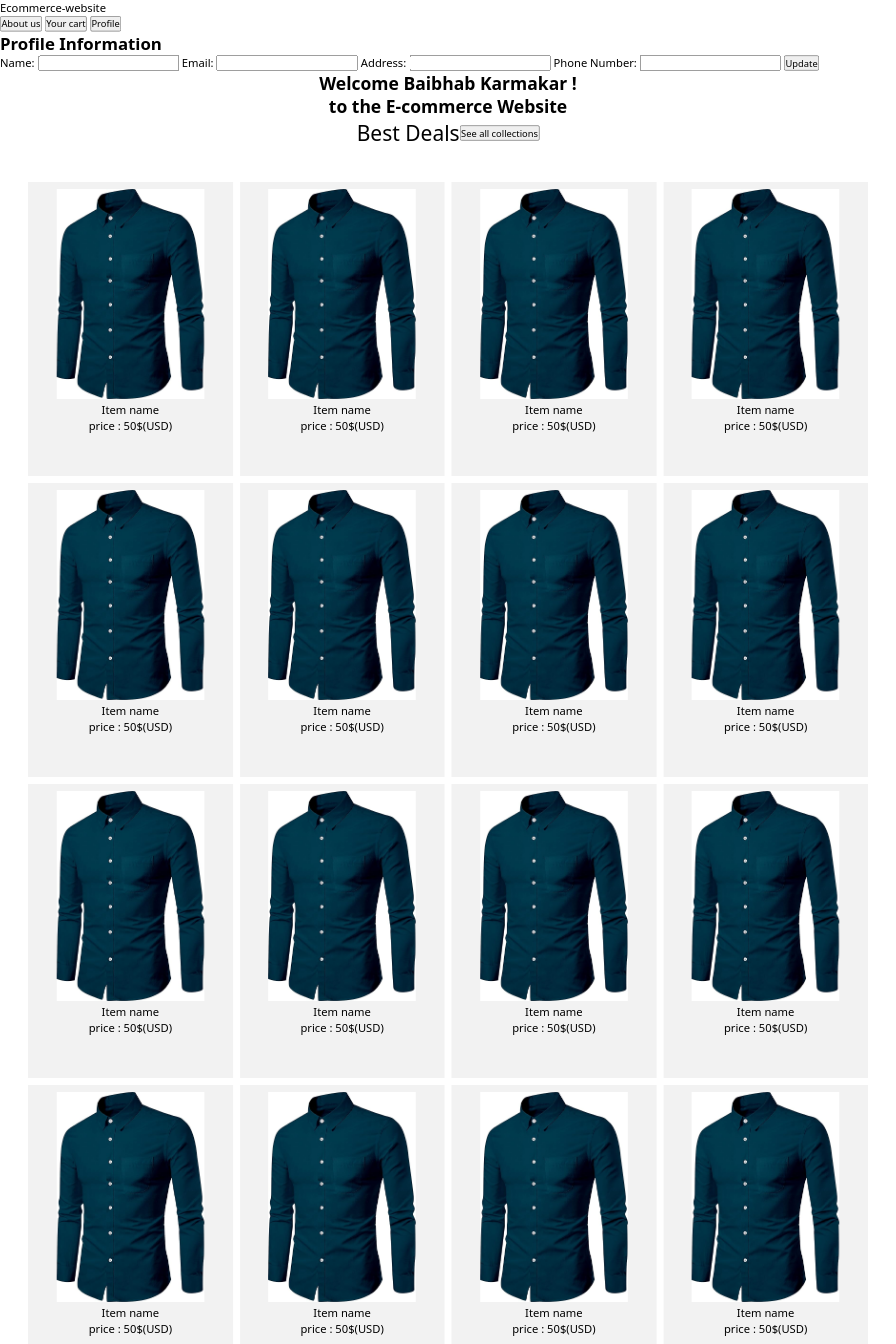
Repository: BaibhabKarmakar/Ecommerce-website-frontend
Page: http://localhost/Ecommerce-website/views/product/home.jsp
The author's editor kept a copy of each file at every save. The page is drawn from the files as they stood at one save, then again after the next save.
The browser window is 1280 px wide. The pictures show the part of the page from y = 0 to 1920 px (the page is 3013 px tall), at 70% of full size.
The page is served by Tomcat 9.

Above is the page before, as saved 2024-10-08 07:47:34.

### Ecommerce-website/src/main/webapp/views/product/home.jsp
<%@ page language="java" contentType="text/html; charset=UTF-8"
    pageEncoding="UTF-8"%>
<!DOCTYPE html>
<html>
  <head>
    <meta charset="UTF-8" />
    <title>home | Ecommerce-website</title>
    <link rel="stylesheet" href="../../css/home.css">
  </head>
  <body>
    <nav>
      <div class="navbar">
        <div class="logo">Ecommerce-website</div>
        <div class="sections">
          <button>About us</button>
          <button>Your cart</button>
          <button id="profile-btn">Profile</button>
        </div>
      </div>
    </nav>

    <div class="profile-form" id="profile-form">
      <h2>Profile Information</h2>
      <label for="name">Name:</label>
      <input type="text" id="name" required />

      <label for="email">Email:</label>
      <input type="email" id="email" required />

      <label for="address">Address:</label>
      <input type="text" id="address" required />

      <label for="phone">Phone Number:</label>
      <input type="tel" id="phone" required />

      <button id="update-btn">Update</button>
    </div>

    <div class="welcome-msg">
      <div>Welcome Baibhab Karmakar !</div>
      <div>to the E-commerce Website</div>
    </div>

    <div class="collection">
      <div class="msg">Best Deals</div>
      <button>See all collections</button>
    </div>
    <div class="grid-container">
      <div class="grid-element">
        <a href="https://www.google.com"><img src="../../images/Shirt_image.jpg" alt="Item 1" /></a>
        <p>Item name</p>
        <p>price : 50$(USD)</p>
      </div>
      <div class="grid-element">
        <a href=""><img src="../../images/Shirt_image.jpg" alt="Item 1" /></a>
        <p>Item name</p>
        <p>price : 50$(USD)</p>
      </div>
      <div class="grid-element">
        <a href=""><img src="../../images/Shirt_image.jpg" alt="Item 1" /></a>
        <p>Item name</p>
        <p>price : 50$(USD)</p>
      </div>
      <div class="grid-element">
        <a href=""><img src="../../images/Shirt_image.jpg" alt="Item 1" /></a>
        <p>Item name</p>
        <p>price : 50$(USD)</p>
      </div>
      <div class="grid-element">
        <a href=""><img src="../../images/Shirt_image.jpg" alt="Item 1" /></a>
        <p>Item name</p>
        <p>price : 50$(USD)</p>
      </div>
      <div class="grid-element">
        <a href=""><img src="../../images/Shirt_image.jpg" alt="Item 1" /></a>
        <p>Item name</p>
        <p>price : 50$(USD)</p>
      </div>
      <div class="grid-element">
        <a href=""><img src="../../images/Shirt_image.jpg" alt="Item 1" /></a>
        <p>Item name</p>
        <p>price : 50$(USD)</p>
      </div>
      <div class="grid-element">
        <a href=""><img src="../../images/Shirt_image.jpg" alt="Item 1" /></a>
        <p>Item name</p>
        <p>price : 50$(USD)</p>
      </div>
      <div class="grid-element">
        <a href=""><img src="../../images/Shirt_image.jpg" alt="Item 1" /></a>
        <p>Item name</p>
        <p>price : 50$(USD)</p>
      </div>
      <div class="grid-element">
        <a href=""><img src="../../images/Shirt_image.jpg" alt="Item 1" /></a>
        <p>Item name</p>
        <p>price : 50$(USD)</p>
      </div>
      <div class="grid-element">
        <a href=""><img src="../../images/Shirt_image.jpg" alt="Item 1" /></a>
        <p>Item name</p>
        <p>price : 50$(USD)</p>
      </div>
      <div class="grid-element">
        <a href=""><img src="../../images/Shirt_image.jpg" alt="Item 1" /></a>
        <p>Item name</p>
        <p>price : 50$(USD)</p>
      </div>
      <div class="grid-element">
        <a href=""><img src="../../images/Shirt_image.jpg" alt="Item 1" /></a>
        <p>Item name</p>
        <p>price : 50$(USD)</p>
      </div>
      <div class="grid-element">
        <a href=""><img src="../../images/Shirt_image.jpg" alt="Item 1" /></a>
        <p>Item name</p>
        <p>price : 50$(USD)</p>
      </div>
      <div class="grid-element">
        <a href=""><img src="../../images/Shirt_image.jpg" alt="Item 1" /></a>
        <p>Item name</p>
        <p>price : 50$(USD)</p>
      </div>
      <div class="grid-element">
        <a href=""><img src="../../images/Shirt_image.jpg" alt="Item 1" /></a>
        <p>Item name</p>
        <p>price : 50$(USD)</p>
      </div>
      <div class="grid-element">
        <a href=""><img src="../../images/Shirt_image.jpg" alt="Item 1" /></a>
        <p>Item name</p>
        <p>price : 50$(USD)</p>
      </div>
      <div class="grid-element">
        <a href=""><img src="../../images/Shirt_image.jpg" alt="Item 1" /></a>
        <p>Item name</p>
        <p>price : 50$(USD)</p>
      </div>
      <div class="grid-element">
        <a href=""><img src="../../images/Shirt_image.jpg" alt="Item 1" /></a>
        <p>Item name</p>
        <p>price : 50$(USD)</p>
      </div>
      <div class="grid-element">
        <a href=""><img src="../../images/Shirt_image.jpg" alt="Item 1" /></a>
        <p>Item name</p>
        <p>price : 50$(USD)</p>
      </div>
      <div class="grid-element">
        <a href=""><img src="../../images/Shirt_image.jpg" alt="Item 1" /></a>
        <p>Item name</p>
        <p>price : 50$(USD)</p>
      </div>
    </div>
    <div class="breaker"></div>
    <div class="footer">
        <div class="company-name">
            E-commerce Website
        </div>
        <div class="options">
            <b>COMPANY</b>
            <button>Home</button>
            <button>About us</button>
            <button>Delivery</button>
            <button>Privacy policy</button>
        </div>
        <div class="contact-details">
            <b>GET IN TOUCH</b>
            <p>Mob no : +917603037074</p>
            <p>Email id : baibhabkarmakar29@gmail.com</p>
        </div>
    </div>
    <div class="copyrights">
        <div class="breaker2"></div>
        <div>Copyright 2024 © com.example.dev - All Right Reserved.</div>
    </div>

    <script src="home.js"></script>
  </body>
</html>

### Ecommerce-website/src/main/webapp/css/home.css
* {
  margin: 0;
  padding: 0;
  font-family: system-ui;
}
.welcome-msg {
  text-align: center;
  font-size: 25px;
  font-weight: 700;
}

.big-banner {
  margin: 50px auto;
  max-width: 1200px;
  height: 250px;
  background-color: rgb(203, 203, 203);
  display: flex;
  flex-direction: column;
  align-items: center;
  justify-content: center;
  border-radius: 20px;
  font-size: 25px;
}

.big-banner img {
  width: 100%;
  height: 100%;
  object-fit: cover;
  border-radius: 20px;
}

.collection {
  max-width: 700px;
  margin: 0px auto;
  display: flex;
  align-items: center;
  justify-content: center;
}

.collection .msg {
  font-size: 30px;
}

.grid-container {
  width: 100%;
  width: 1200px;
  margin: 30px auto;
  display: grid;
  grid-template-columns: repeat(4, 1fr);
  gap: 10px;
  padding: 20px;
}

.grid-element {
  height: 400px;
  background-color: #f2f2f2;
  padding: 10px;
  text-align: center;
}

.grid-element img {
  object-fit: contain;
  width: 100%;
  height: 300px;
  cursor: pointer;
  transition: transform 0.3s;
}

.grid-element img:hover {
  transform: scale(1.05);
}

### Ecommerce-website/src/main/webapp/views/product/home.js
// Get the profile button and profile form
const profileBtn = document.getElementById("profile-btn");
const profileForm = document.getElementById("profile-form");
const updateBtn = document.getElementById("update-btn");

// Toggle the profile form when the button is clicked
profileBtn.addEventListener("click", () => {
    // Toggle the 'open' class to slide the form in and out
    profileForm.classList.toggle("open");
});

// Close the profile form when the update button is clicked
updateBtn.addEventListener("click", () => {
    // You can add any logic to update profile info here
    console.log("Profile updated!"); // Placeholder for actual update logic
    // Slide the form out
    profileForm.classList.toggle("slide-out");
    // Close the form after a short delay
    setTimeout(() => {
        profileForm.classList.remove("open", "slide-out");
    }, 300); // Match the duration of the CSS transition
});

After the next save:
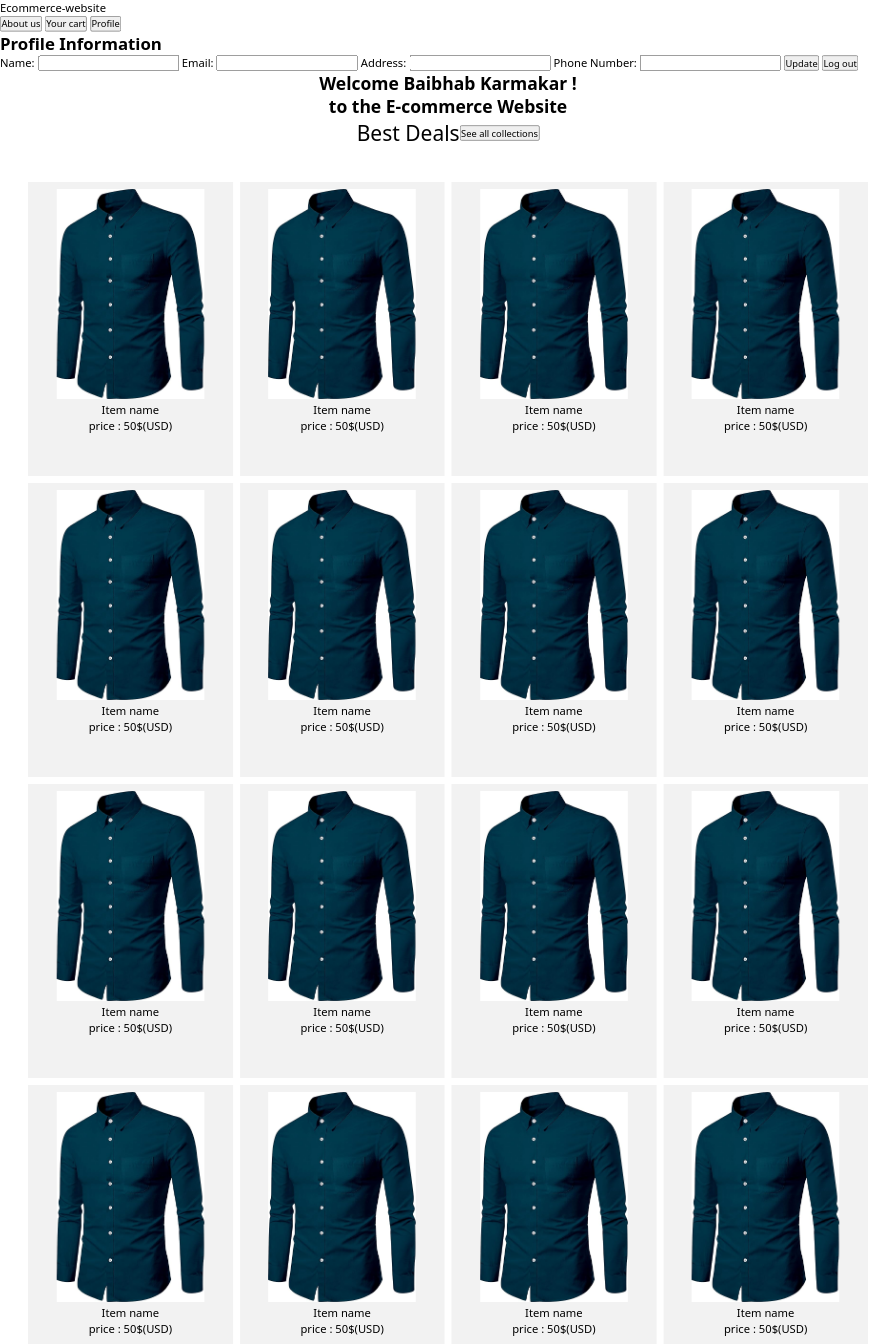
Saved 10 min 50 s later.
--- a/Ecommerce-website/src/main/webapp/views/product/home.jsp
+++ b/Ecommerce-website/src/main/webapp/views/product/home.jsp
@@ -34,6 +34,7 @@
       <input type="tel" id="phone" required />
 
       <button id="update-btn">Update</button>
+      <button id="update-btn">Log out</button>
     </div>
 
     <div class="welcome-msg">
